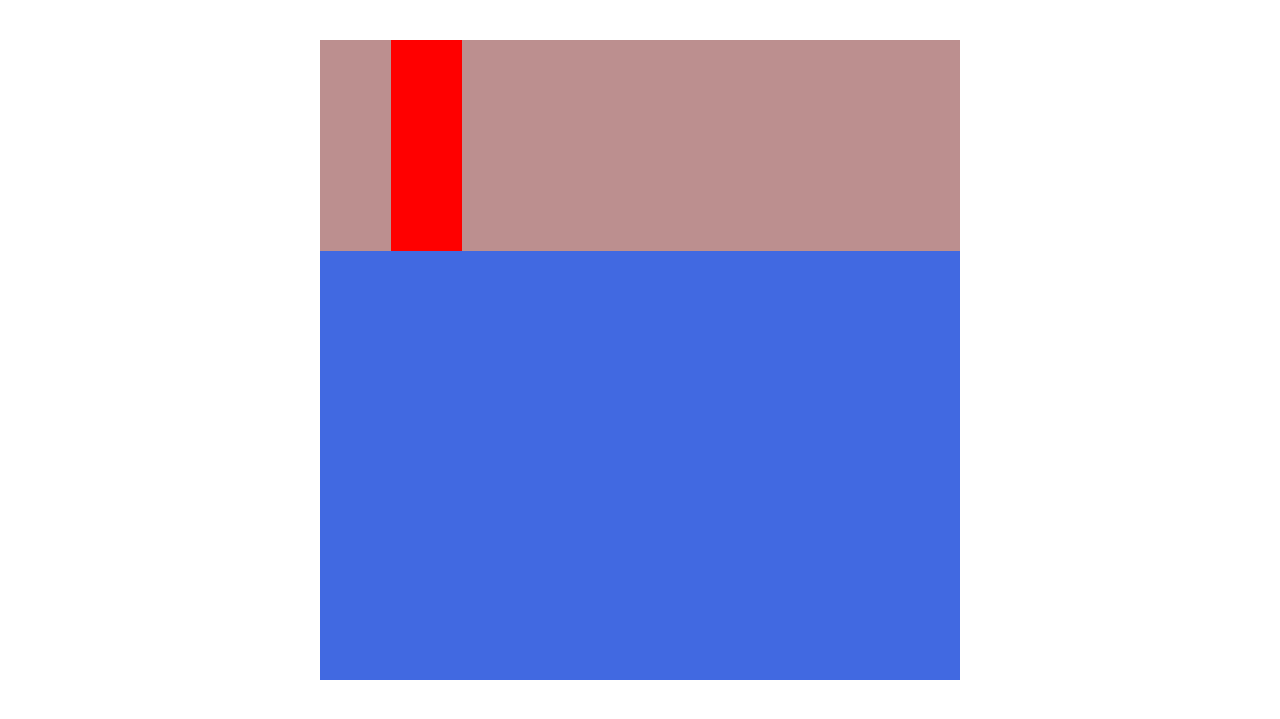
Repository: baumanmilosz/tictactoe
Page: index.html
An editor plug-in stored every save of this project. The page is shown before and after the next save, followed by the edit.
The browser window is 1280 px wide. The pictures show the whole page.

Above is the page before, as saved 2019-02-21 16:17:32.

### index.html
<!DOCTYPE html>
<html lang="en">

<head>
  <meta charset="UTF-8">
  <meta name="viewport" content="width=device-width, initial-scale=1.0">
  <meta http-equiv="X-UA-Compatible" content="ie=edge">
  <link rel="stylesheet" href="./style.css">
  <title>Tic Tac Toe</title>
</head>

<body>
  <div class="board">
    <div class="box"></div>
    <div class="box yellow"></div>
    <div class="box green"></div>
    <div class="box"></div>
    <div class="box"></div>
    <div class="box"></div>
    <div class="box"></div>
    <div class="box"></div>
    <div class="box"></div>
  </div>

  <script src="./script.js"></script>
</body>

</html>

### style.css
* {
  margin: 0;
  padding: 0;
  box-sizing: border-box;
}

html {
  font-size: 10px;
}

body {
  position: relative;
  height: 100vh;
  /* background-color: blue; */
}

.board {
  display: flex;
  position: absolute;
  left: 50%;
  top: 50%;
  transform: translate(-50%, -50%);
  width: 50vw;
  height: 50vw;
  background-color: royalblue;
}

.box {
  width: 33%;
  height: 33%;
  flex-wrap: wrap;
  background-color: rosybrown;
}

.box.yellow {
  background-color: red;
}

Loaded but not shown: script.js (no copy from this time; the picture is the same without it)

After the next save:
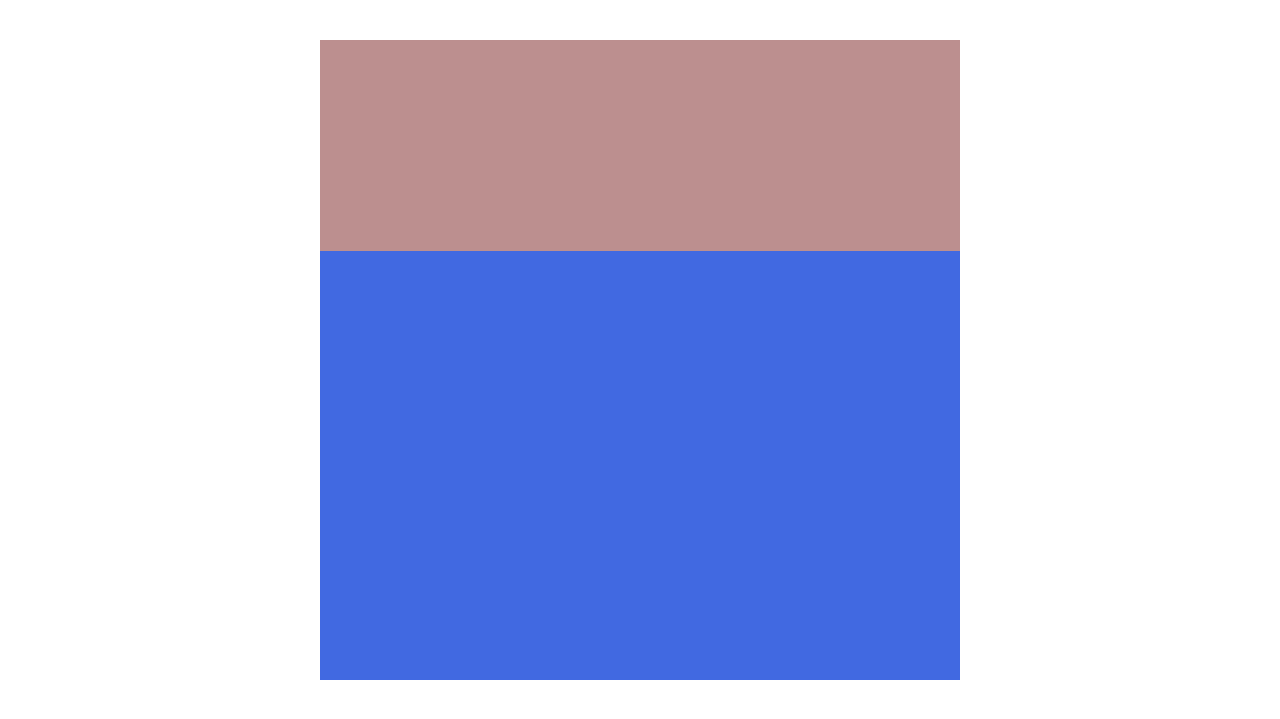
Saved 11 s later.
--- a/index.html
+++ b/index.html
@@ -12,8 +12,8 @@
 <body>
   <div class="board">
     <div class="box"></div>
-    <div class="box yellow"></div>
-    <div class="box green"></div>
+    <div class="box"></div>
+    <div class="box"></div>
     <div class="box"></div>
     <div class="box"></div>
     <div class="box"></div>
